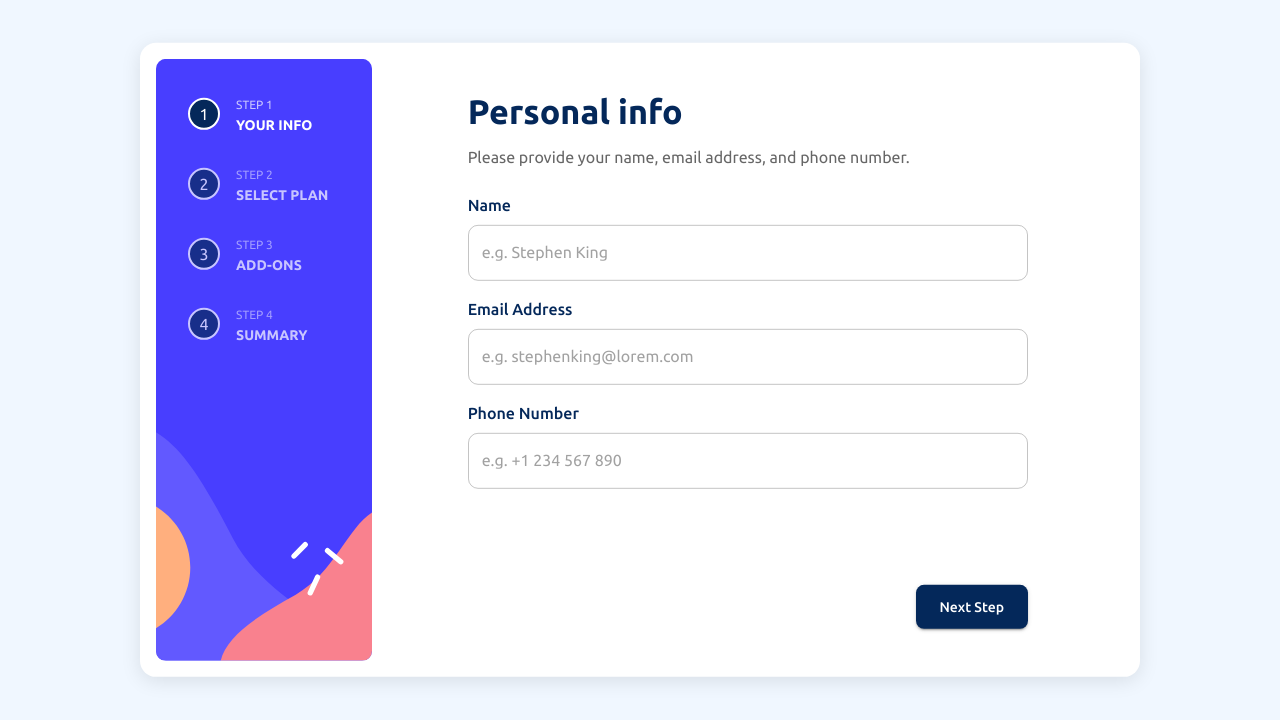
Repository: ozerrrs/chalange7days
Page: / (app in 7dayschalange/7dayschallange/)
An editor plug-in stored every save of this project. The page is shown before and after the next save, followed by the edit.
The browser window is 1280 px wide. The pictures show the whole page.
The project was rebuilt for these pictures with package versions that can differ from the ones it lists, and the page was loaded fresh each time. Also part of the build but not shown: 7dayschalange/7dayschallange/vite.config.js.

Above is the page before, as saved 2025-03-05 14:42:51.

### 7dayschalange/7dayschallange/src/main.jsx
import * as React from "react";
import * as ReactDOM from "react-dom/client";
import { ThemeProvider } from "@mui/material/styles";
import { CssBaseline } from "@mui/material";
import theme from "./theme/theme";
import App from "./App";
import "./index.css";
ReactDOM.createRoot(document.getElementById("root")).render(
  <React.StrictMode>
    <ThemeProvider theme={theme}>
      <CssBaseline />
      <App />
    </ThemeProvider>
  </React.StrictMode>
);

### 7dayschalange/7dayschallange/src/theme/theme.jsx
import { createTheme } from "@mui/material/styles";

const theme = createTheme({
  typography: {
    fontFamily: "'Ubuntu', sans-serif",
    h4: {
      fontWeight: 700,
    },
    h2: {
      fontWeight: 500,
    },
  },
  components: {
    MuiCssBaseline: {
      styleOverrides: `
        body {
          background-color: #f0f7ff;
        }
      `,
    },
  },
});

export default theme;

### 7dayschalange/7dayschallange/src/App.jsx
import { Routes, Route, BrowserRouter } from "react-router-dom";
import FirstPage from "./pages/firstPage";
import "@fontsource/ubuntu/400.css"; // Regular
import "@fontsource/ubuntu/500.css"; // Medium
import "@fontsource/ubuntu/700.css"; // Bold
function App() {
  return (
    <BrowserRouter>
      <Routes>
        <Route path="/" element={<FirstPage />} />
        {/* <Route path="/about" element={<About />} />
          <Route path="/login" element={<Login />} />
          <Route path="/register" element={<Register />} /> */}
      </Routes>
    </BrowserRouter>
  );
}
export default App;

### 7dayschalange/7dayschallange/src/index.css
#root {
  height: 100vh;
  width: 100vw;
  background-color: #f0f7ff;
}

### 7dayschalange/7dayschallange/src/pages/firstPage.jsx
import React, { useState } from "react";
import {
  Box,
  TextField,
  Typography,
  Button,
  Stepper,
  Step,
  StepLabel,
  Paper,
  Container,
  Grid,
  CssBaseline,
} from "@mui/material";
import { styled, ThemeProvider } from "@mui/material/styles";
// Import the background image for the sidebar
import backgroundNav from "../assets/bg-sidebar-desktop.svg"; // Adjust the path as needed

const FormContainer = styled(Paper)(({ theme }) => ({
  padding: theme.spacing(2),
  borderRadius: 16,
  boxShadow: "0px 4px 20px rgba(0, 0, 0, 0.1)",
  display: "flex",
  overflow: "hidden",
  minWidth: 1000,
  margin: "0 auto",
  position: "absolute",
  top: "50%",
  left: "50%",
  transform: "translate(-50%, -50%)",
}));

const SideBar = styled(Box)(({ theme }) => ({
  padding: theme.spacing(4),
  borderRadius: "10px 10px 10px 10px",
  color: "white",
  width: 274,
  position: "relative",
  overflow: "hidden",
  background: "none",
  minHeight: 568,
}));

const ContentArea = styled(Box)(({ theme }) => ({
  paddingLeft: theme.spacing(12),
  paddingRight: theme.spacing(12),
  paddingTop: theme.spacing(4),
  paddingBottom: theme.spacing(4),
  width: "100%",
}));

const NextButton = styled(Button)(({ theme }) => ({
  backgroundColor: "#04285a",
  color: "white",
  borderRadius: 8,
  padding: "10px 24px",
  textTransform: "none", // This prevents uppercase text

  "&:hover": {
    backgroundColor: "#172b4d",
  },
}));
const StyledTextField = styled(TextField)(({ theme }) => ({
  marginBottom: theme.spacing(2),
  "& .MuiOutlinedInput-root": {
    borderRadius: "10px",
    "& fieldset": {
      borderRadius: "10px",
    },
  },
}));

const StepNumber = styled(Box)(({ theme }) => ({
  width: 32,
  height: 32,
  borderRadius: "50%",
  border: "2px solid white",
  display: "flex",
  alignItems: "center",
  justifyContent: "center",
  marginRight: theme.spacing(2),
  backgroundColor: "#04285a",
}));

const StepItem = styled(Box)(({ theme, active }) => ({
  display: "flex",
  alignItems: "center",
  marginBottom: theme.spacing(3),
  opacity: active ? 1 : 0.7,
}));

const steps = [
  { label: "YOUR INFO", description: "Personal details" },
  { label: "SELECT PLAN", description: "Choose your plan" },
  { label: "ADD-ONS", description: "Add extra features" },
  { label: "SUMMARY", description: "Review your order" },
];

function MultiStepForm() {
  const [activeStep, setActiveStep] = useState(0);
  const [formData, setFormData] = useState({
    name: "",
    email: "",
    phone: "",
  });

  const handleInputChange = (e) => {
    const { name, value } = e.target;
    setFormData({
      ...formData,
      [name]: value,
    });
  };

  const handleNext = () => {
    setActiveStep((prevActiveStep) => prevActiveStep + 1);
  };

  const handleBack = () => {
    setActiveStep((prevActiveStep) => prevActiveStep - 1);
  };

  const getStepContent = (step) => {
    switch (step) {
      case 0:
        return (
          <Box>
            <Typography
              variant="h4"
              gutterBottom
              fontWeight="bold"
              sx={{ color: "#04285a" }}
            >
              Personal info
            </Typography>
            <Typography color="textSecondary" paragraph>
              Please provide your name, email address, and phone number.
            </Typography>

            <Box mt={3}>
              <Typography fontWeight={500} mb={1} sx={{ color: "#04285a" }}>
                Name
              </Typography>
              <StyledTextField
                fullWidth
                placeholder="e.g. Stephen King"
                name="name"
                value={formData.name}
                onChange={handleInputChange}
                variant="outlined"
              />

              <Typography fontWeight={500} mb={1} sx={{ color: "#04285a" }}>
                Email Address
              </Typography>

              <StyledTextField
                fullWidth
                placeholder="e.g. stephenking@lorem.com"
                name="email"
                value={formData.email}
                onChange={handleInputChange}
                variant="outlined"
              />

              <Typography fontWeight={500} mb={1} sx={{ color: "#04285a" }}>
                Phone Number
              </Typography>

              <StyledTextField
                fullWidth
                placeholder="e.g. +1 234 567 890"
                name="phone"
                value={formData.phone}
                onChange={handleInputChange}
                variant="outlined"
                sx={{ mb: 8 }}
              />
            </Box>
          </Box>
        );
      case 1:
        return (
          <Box>
            <Typography
              variant="h4"
              gutterBottom
              fontWeight="bold"
              sx={{ color: "#04285a" }}
            >
              Select your plan
            </Typography>
            <Typography color="textSecondary" paragraph>
              You have the option of monthly or yearly billing.
            </Typography>

            {/* Plan selection content will go here */}
            <Box mt={3} sx={{ display: "flex", gap: 2 }}>
              {/* Example plan cards would go here */}
              <Paper
                sx={{
                  p: 2,
                  borderRadius: 2,
                  flex: 1,
                  border: "1px solid #ccc",
                }}
              >
                <Typography fontWeight="bold" sx={{ color: "#04285a" }}>
                  Arcade
                </Typography>
                <Typography color="textSecondary">$9/mo</Typography>
              </Paper>

              <Paper
                sx={{
                  p: 2,
                  borderRadius: 2,
                  flex: 1,
                  border: "1px solid #ccc",
                }}
              >
                <Typography fontWeight="bold" sx={{ color: "#04285a" }}>
                  Advanced
                </Typography>
                <Typography color="textSecondary">$12/mo</Typography>
              </Paper>

              <Paper
                sx={{
                  p: 2,
                  borderRadius: 2,
                  flex: 1,
                  border: "1px solid #ccc",
                }}
              >
                <Typography fontWeight="bold" sx={{ color: "#04285a" }}>
                  Pro
                </Typography>
                <Typography color="textSecondary">$15/mo</Typography>
              </Paper>
            </Box>
          </Box>
        );
      case 2:
        return (
          <Box>
            <Typography
              variant="h4"
              gutterBottom
              fontWeight="bold"
              sx={{ color: "#04285a" }}
            >
              Pick add-ons
            </Typography>
            <Typography color="textSecondary" paragraph>
              Add-ons help enhance your gaming experience.
            </Typography>
          </Box>
        );
      case 3:
        return (
          <Box>
            <Typography
              variant="h4"
              gutterBottom
              fontWeight="bold"
              sx={{ color: "#04285a" }}
            >
              Summary
            </Typography>
            <Typography color="textSecondary" paragraph>
              Please confirm your selections.
            </Typography>
          </Box>
        );
      default:
        return "Unknown step";
    }
  };

  return (
    <FormContainer>
      <SideBar>
        <Box
          sx={{
            position: "absolute",
            top: 0,
            left: 0,
            width: "100%",
            height: "100%",
            zIndex: 0,
          }}
        >
          <img
            src={backgroundNav}
            alt="background"
            style={{ width: "100%", height: "100%", objectFit: "cover" }}
          />
        </Box>
        <Box sx={{ position: "relative", zIndex: 1 }}>
          {steps.map((step, index) => (
            <StepItem key={index} active={activeStep === index}>
              <StepNumber>{index + 1}</StepNumber>
              <Box>
                <Typography variant="caption" sx={{ opacity: 0.7 }}>
                  STEP {index + 1}
                </Typography>
                <Typography variant="subtitle2" fontWeight="bold">
                  {step.label}
                </Typography>
              </Box>
            </StepItem>
          ))}
        </Box>
      </SideBar>

      <ContentArea>
        {getStepContent(activeStep)}

        <Box sx={{ display: "flex", justifyContent: "flex-end", mt: 4 }}>
          {activeStep !== 0 && (
            <Button onClick={handleBack} sx={{ mr: 1 }}>
              Back
            </Button>
          )}
          <NextButton variant="contained" onClick={handleNext}>
            Next Step
          </NextButton>
        </Box>
      </ContentArea>
    </FormContainer>
  );
}

export default MultiStepForm;

Loaded but not shown: 7dayschalange/7dayschallange/index.html (common file)

After the next save:
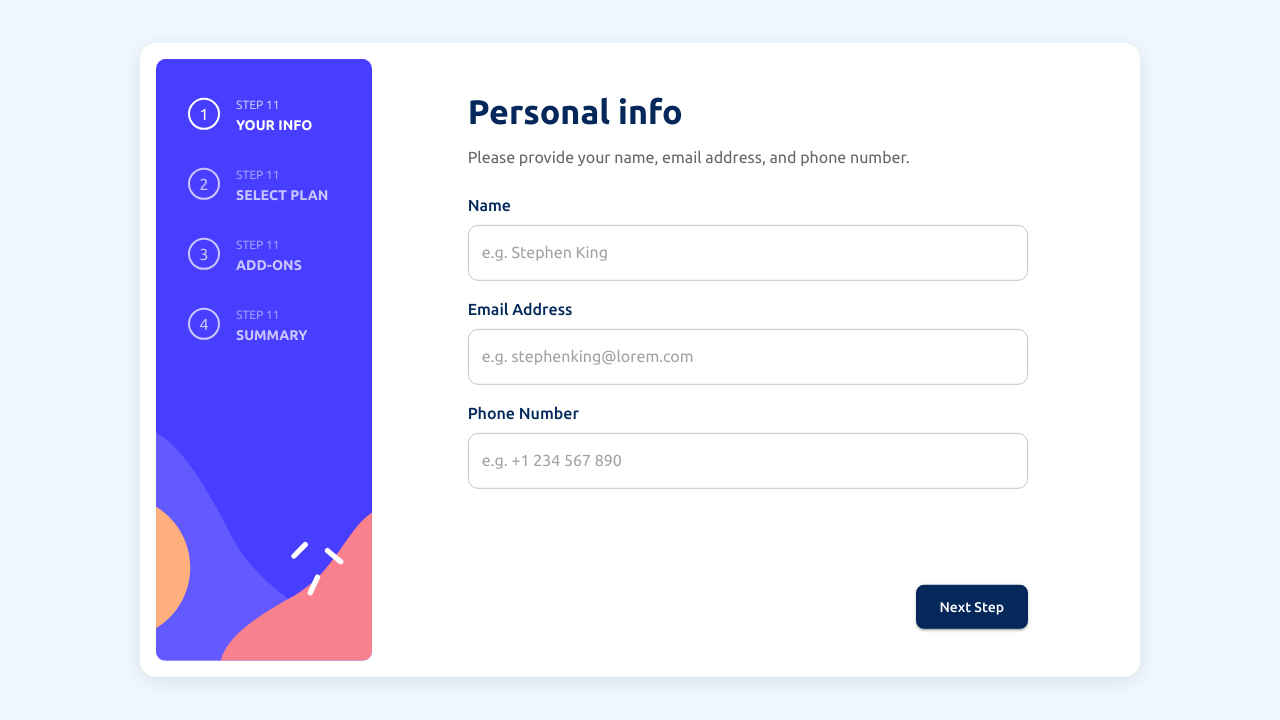
Saved 46 s later.
--- a/7dayschalange/7dayschallange/src/pages/firstPage.jsx
+++ b/7dayschalange/7dayschallange/src/pages/firstPage.jsx
@@ -79,7 +79,6 @@ const StepNumber = styled(Box)(({ theme }) => ({
   alignItems: "center",
   justifyContent: "center",
   marginRight: theme.spacing(2),
-  backgroundColor: "#04285a",
 }));
 
 const StepItem = styled(Box)(({ theme, active }) => ({
@@ -303,7 +302,7 @@ function MultiStepForm() {
               <StepNumber>{index + 1}</StepNumber>
               <Box>
                 <Typography variant="caption" sx={{ opacity: 0.7 }}>
-                  STEP {index + 1}
+                  STEP {11}
                 </Typography>
                 <Typography variant="subtitle2" fontWeight="bold">
                   {step.label}
